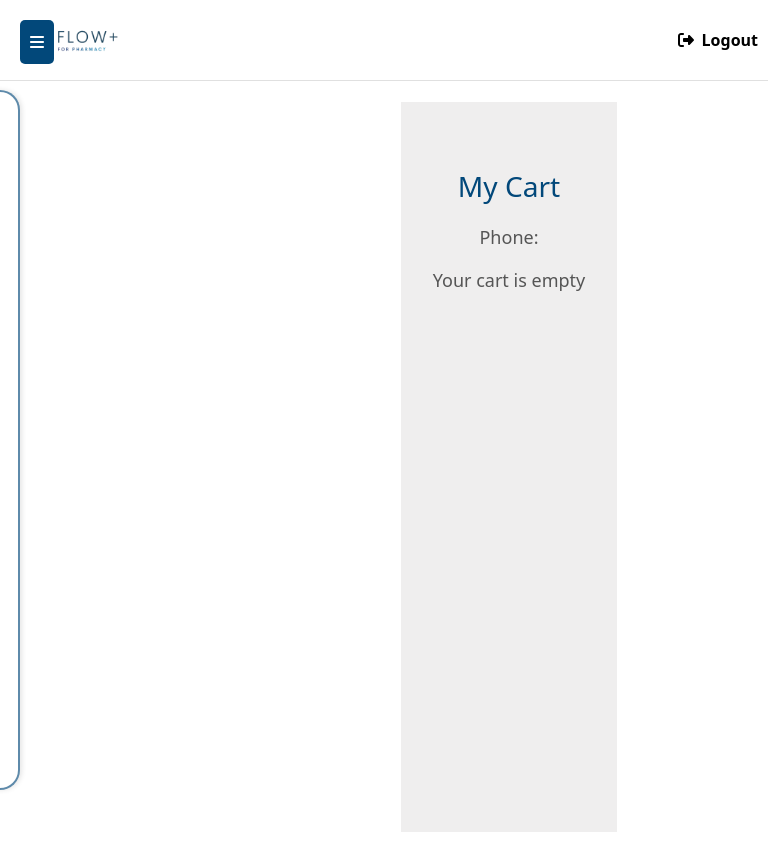
Repository: bindukabusara/Frontend
Page: /card
The author's editor kept a copy of each file at every save. The page is drawn from the files as they stood at one save, then again after the next save.
The browser window is 768 px wide. The pictures show the whole page.
The page's requests for data from a server got no answer. The project was rebuilt for these pictures with package versions that can differ from the ones it lists, and the page was loaded fresh each time. No one was signed in, and anything a server would have sent is missing. Also part of the build but not shown: vite.config.js, src/components/Home.jsx, src/components/authentification/Signup.css, src/components/authentification/Signup.jsx, src/components/authentification/Login.jsx, src/components/Pharmacy/Sidebar/Sidebar.jsx, src/components/Pharmacy/Sidebar/Navbar.jsx, src/components/Content/Dashboard.jsx and 13 more.

Above is the page before, as saved 2025-03-27 01:55:04.

### index.html
<!doctype html>
<html lang="en">

<head>
  <meta charset="UTF-8" />
  <link rel="icon" type="image/png" href="/Logo.png" />
  <meta name="viewport" content="width=device-width, initial-scale=1.0" />
  <title> FLOW +</title>

</head>

<body>
  <div id="root"></div>
  <script type="module" src="/src/main.jsx"></script>
</body>

</html>

### src/App.jsx
import Home from './components/Home';
import Signup from '../src/components/authentification/Signup'
import './App.css';
import 'bootstrap/dist/css/bootstrap.min.css';``
import { BrowserRouter, Routes, Route } from 'react-router-dom';
import Login from '../src/components/authentification/Login';
import Sidebar from '../src/components/Pharmacy/Sidebar/Sidebar'
import Dashboard from '../src/components/Content/Dashboard'
import MedicationStore from './components/Content/MedicationStore';
import ExpiringMedications from "./components/Content/ExpiringMedications";
import Navbar from "./components/Pharmacy/Sidebar/Navbar";
import ReportP from "./components/Content/ReportP";
import OrderPage from './components/Content/OrderPage';

// Patient side
import Dash from './componentp/contents/Dash';
import Card from './componentp/contents/Card';
import ReminderPage from './componentp/contents/ReminderPage';

//store side
import Store from './components/saler/Content/store';
import DashboardS from './components/saler/Content/DashboardS';
import ExpiringMedicationsS from "./components/saler/Content/ExpiringMedicationsS";
import ReportS from "./components/saler/Content/ReportS";
import OrderpageS from "./components/saler/Content/OrderPageS";



function App() {
  return (
    <BrowserRouter>
      <Routes>
        <Route path="/" element={<Home />} index /> {/* Set Home as the default page */}
        <Route path='/navbar' element={<Navbar />} />
        <Route path='/home' element={<Home />} />
        <Route path="/dashboard" element={<Dashboard />} />
        <Route path='/register' element={<Signup />} />
        <Route path='/login' element={<Login />} />
        <Route path='/sidebar' element={<Sidebar />} />
        <Route path='/medications' element={<MedicationStore />} />
        <Route path="/expiring-medications" element={<ExpiringMedications />} />
        <Route path='/reportP' element={<ReportP/>}/>
        <Route path='/order' element={<OrderPage/>}/>

        <Route path='/dash' element={<Dash/>}/>
        <Route path='/card' element={<Card/>}/>

        <Route path='/store' element={<Store/>}/>
        <Route path="/dashboardS" element={<DashboardS />} />
        <Route path="/expiring-medicationsS" element={<ExpiringMedicationsS />} />
        <Route path='/reportS' element={<ReportS/>}/>
        <Route path='/orderS' element={<OrderpageS/>}/>
        <Route path='/reminder' element={<ReminderPage/>}/>

      </Routes>
    </BrowserRouter>
  );
}

export default App;

### src/App.css
#root {
  max-width: 1280px;
  margin: 0 auto;
  padding: 2rem;
  text-align: center;
}

.logo {
  height: 6em;
  padding: 1.5em;
  will-change: filter;
  transition: filter 300ms;
}
.logo:hover {
  filter: drop-shadow(0 0 2em #646cffaa);
}
.logo.react:hover {
  filter: drop-shadow(0 0 2em #61dafbaa);
}

@keyframes logo-spin {
  from {
    transform: rotate(0deg);
  }
  to {
    transform: rotate(360deg);
  }
}

@media (prefers-reduced-motion: no-preference) {
  a:nth-of-type(2) .logo {
    animation: logo-spin infinite 20s linear;
  }
}

.card {
  padding: 2em;
}

.read-the-docs {
  color: #ffffff;
}

### src/components/Content/ExpiringMedications.css
.expiring-medications-container {
    display: flex;
  }

  .main-content {
    flex: 1;
    padding: 20px;
  }

  .medication-image {
    width: 50px;
    height: 50px;
    object-fit: cover;
    border-radius: 5px;
  }
  .expiring-medications-container {
    display: flex;
  }

  .main-content {
    flex: 1;
    padding: 10px;
    background-color: #f8f9fa;
  }

  /* Card styling */
  .expired-card {
    background-color: #ff4444; /* Red background for expired medications */
    color: white; /* White text */
    border-radius: 10px;
    box-shadow: 0 4px 8px rgba(0, 0, 0, 0.1);
  }

  .expiring-soon-card {
    background-color: #ffb444; /* Orange background for expiring soon medications */
    color: white; /* White text */
    border-radius: 10px;
    box-shadow: 0 4px 8px rgba(0, 0, 0, 0.1);
  }

  .expiring-three-months-card {
    background-color: #44b4ff; /* Blue background for expiring in three months medications */
    color: white; /* White text */
    border-radius: 10px;
    box-shadow: 0 4px 8px rgba(0, 0, 0, 0.1);
  }

  /* Dropdown styling */
  .dropdown-toggle {
    width: 100%;
    text-align: left;
    background-color: transparent;
    border: none;
  }

  .dropdown-menu {
    width: 100%;
    max-height: 200px;
    overflow-y: auto;
  }

  .dropdown-item {
    padding: 10px;
    color: #333;
  }

  .dropdown-item:hover {
    background-color: #f8f9fa;
  }

  /* Description styling */
  p {
    margin-top: 10px;
    font-size: 14px;
    color: #fff;
  }

  .expiring-medications-container {
    display: flex;
  }

  .main-content {
    flex: 1;
    padding: 20px;
    background-color: #efeeee;
  }

  /* Card styling */
  .expired-card,
  .expiring-soon-card,
  .expiring-three-months-card {
    background-color: #ffffff; /* White background for cards */
    border-radius: 10px;
    box-shadow: 0 4px 8px rgba(0, 0, 0, 0.1);
    padding: 20px;
  }

  /* Button styling */
  .custom-button {
    background-color: #02487a; /* Blue background */
    color: white; /* White text */
    font-weight: bold; /* Bold text */
    border: none;
    padding: 10px 20px;
    border-radius: 5px;
    width: 100%;
    text-align: left;
    display: flex;
    align-items: center;
    transition: background-color 0.3s ease;
  }

  .custom-button:hover {
    background-color: #1a4661; /* Darker blue on hover */
  }

  /* Icon styling */
  .button-icon {
    margin-right: 10px;
    font-size: 18px;
  }

  /* Description styling */
  p {
    margin-top: 10px;
    font-size: 18px;
    color: #555;
  }

### src/components/Pharmacy/Sidebar/Navbar.css
/* Navbar Styles */
.navbar {
  background-color: #fff; /* Updated navbar color */
  color: #fff; /* White text */
  padding: 5px 10px;
  box-shadow: 0 2px 5px rgba(255, 255, 255, 0.1);
  position: fixed;
  top: 0;
  left: 0;
  width: 100%;
  z-index: 100;
  display: flex;
  align-items: center;
}

.navbar-content {
  display: flex;
  align-items: center;
  width: 100%;
  max-width: 1200px;
  margin: 0 auto;
}



.navbar-logo img {
  height: 70px; /* Adjust logo size */
}

/* Logout option styling */
.navbar-actions {
  margin-left: auto; /* Push logout to the extreme right */
  display: flex;
  align-items: center;
}

.navbar-actions .logout-option {
  color: #000000;
  cursor: pointer;
  font-size: 16px;
  display: flex;
  align-items: center;
  gap: 8px; /* Space between icon and text */
  transition: opacity 0.3s ease;
}

.navbar-actions .logout-option:hover {
  opacity: 0.8; /* Slight fade on hover */
}

/* Logout icon styling */
.navbar-actions .logout-option svg {
  width: 16px;
  height: 16px;
}

/* Logout Popup Overlay */
.logout-popup-overlay {
  position: fixed;
  top: 0;
  left: 0;
  width: 100%;
  height: 100%;
  background-color: rgba(0, 0, 0, 0.5); /* Semi-transparent black overlay */
  display: flex;
  justify-content: center;
  align-items: center;
  z-index: 1001;
}

/* Logout Popup */
.logout-popup {
  background-color: #fff;
  padding: 20px;
  border-radius: 10px;
  box-shadow: 0 2px 10px rgba(0, 0, 0, 0.1);
  text-align: center;
  max-width: 300px;
  width: 100%;
}

.logout-popup h3 {
  margin-bottom: 20px;
  color: #333;
}

.popup-buttons {
  display: flex;
  justify-content: center;
  gap: 10px;
}

.popup-buttons button {
  padding: 8px 16px;
  border: none;
  border-radius: 5px;
  cursor: pointer;
  font-size: 14px;
  transition: background-color 0.3s ease;
}

.popup-buttons .confirm-button {
  background-color: #ff4d4d; /* Red button */
  color: #fff;
}

.popup-buttons .confirm-button:hover {
  background-color: #e60000; /* Darker red on hover */
}

.popup-buttons .cancel-button {
  background-color: #1D328D; /* Updated navbar color */
  color: #fff;
}

.popup-buttons .cancel-button:hover {
  background-color: #16236b; /* Darker blue on hover */
}

### src/components/Content/order.css
.all-carts-page-container {
    padding: 20px;
  }

  .main-content {
    margin-left: 250px; /* Adjust based on your sidebar width */
  }

  .medication-image {
    width: 50px;
    height: 50px;
    object-fit: cover;
    margin-right: 10px;
  }

  .table td {
    vertical-align: middle; /* Align content vertically in the middle */
  }

  .modal-body {
    padding: 20px;
  }

  .modal-footer {
    justify-content: space-between;
  }

  /* Style the time input */
  input[type="time"] {
    padding: 8px;
    border: 1px solid #ccc;
    border-radius: 4px;
    width: 100%;
  }

  /* Style the "Add Another Time" button */
  .btn-secondary {
    margin-top: 10px;
  }

  .custom-table {
    width: 100%;
    border-collapse: collapse;
    margin-top: 20px;
    box-shadow: 0 4px 8px rgba(0, 0, 0, 0.1);
    background-color: #fff;
  }

  .custom-table th,
  .custom-table td {
    padding: 12px;
    text-align: left;
    border-bottom: 1px solid #ddd;
  }

  .custom-table th {
    background-color: #02487a;
    color: #fff;
    font-weight: bold;
    text-transform: uppercase;
    font-size: 12px;
  }

  .custom-table tbody tr:hover {
    background-color: #f1f1f1;
  }

  .custom-table tbody tr:nth-child(even) {
    background-color: #f9f9f9;
  }

  /* Medication Image Styling */
  .medication-image {
    width: 30px;
    height: 30px;
    border-radius: 5px;
    object-fit: cover;
  }

  /* Button Styling */
  .btn-primary {
    background-color:#02487a;
    border-color: #02487a;
    font-size: 14px;
    padding: 8px 16px;
  }

  .btn-primary:hover {
    background-color: #02487a;;
    border-color:#02487a;;
  }

### src/componentp/bar/NavbarP.jsx
import React, { useState } from 'react';
import { useNavigate } from 'react-router-dom'; // Use useNavigate for redirection
import { FontAwesomeIcon } from '@fortawesome/react-fontawesome';
import { faSignOutAlt } from '@fortawesome/free-solid-svg-icons'; // Logout icon
import './Navbar.css'; // Import the CSS file
import logo from './Logo.png'; // Import the logo image

function Navbar() {
  const [showLogoutPopup, setShowLogoutPopup] = useState(false);
  const navigate = useNavigate(); // Initialize useNavigate for redirection

  const handleLogoutClick = () => {
    setShowLogoutPopup(true);
  };

  const handleConfirmLogout = () => {
    // Perform logout logic here
    console.log('User logged out');

    // Clear user session or authentication state
    localStorage.removeItem('authToken'); // Example: Remove token from localStorage
    // You can also clear other user-related data if needed

    // Redirect to the login page or home page
    navigate('/login'); // Replace '/login' with the desired route

    // Close the popup
    setShowLogoutPopup(false);
  };

  const handleCancelLogout = () => {
    setShowLogoutPopup(false);
  };

  return (
    <>
      {/* Navbar */}
      <nav className="navbar">
        <div className="navbar-content">
          {/* Logo on the left */}
          <div className="navbar-logo">
            <img src={logo} alt="Logo" /> {/* Use the imported logo */}
          </div>

          {/* Logout option with icon and text */}
          <div className="navbar-actions">
            <div className="logout-option" onClick={handleLogoutClick}>
              <FontAwesomeIcon icon={faSignOutAlt} /> <strong>Logout</strong>
            </div>
          </div>
        </div>
      </nav>

      {/* Logout Confirmation Popup */}
      {showLogoutPopup && (
        <div className="logout-popup-overlay">
          <div className="logout-popup">
            <h3>Are you sure you want to log out?</h3>
            <div className="popup-buttons">
              <button className="confirm-button" onClick={handleConfirmLogout}>
                Yes, Logout
              </button>
              <button className="cancel-button" onClick={handleCancelLogout}>
                Cancel
              </button>
            </div>
          </div>
        </div>
      )}
    </>
  );
}

export default Navbar;

### src/componentp/contents/Reminder.css
.reminder-container {
    display: flex;
    flex-direction: column;
    min-height: 100vh;
  }

  .main-content {
    flex-grow: 1;
    padding: 20px;
    margin-left: 320px;
    transition: margin-left 0.3s ease;
  }

  .reminder-card {
    border-radius: 10px;
    box-shadow: 0 4px 8px rgba(0, 0, 0, 0.1);
    border: none;
  }

  .reminder-card .card-header {
    background-color: #f8f9fa;
    border-bottom: 1px solid #eee;
    border-radius: 10px 10px 0 0 !important;
  }

  .reminder-list {
    max-width: 800px;
    margin: 0 auto;
  }

  /* Status badges */
  .badge-warning {
    background-color: #ffc107;
    color: #212529;
  }

  .badge-success {
    background-color: #28a745;
  }

  /* Responsive adjustments */
  @media (max-width: 992px) {
    .main-content {
      margin-left: 0;
    }
  }

  @media (max-width: 768px) {
    .main-content {
      padding: 15px;
    }

    .reminder-card {
      border-radius: 0;
      box-shadow: none;
      border-bottom: 1px solid #eee;
    }
  }

  @media (max-width: 576px) {
    .main-content {
      padding: 10px;
    }

    .reminder-card .card-header {
      flex-direction: column;
      align-items: flex-start;
    }

    .reminder-card .card-header .btn {
      margin-top: 10px;
      width: 100%;
    }
  }

### src/components/saler/Content/ExpiringMedications.css
.expiring-medications-container {
    display: flex;
  }

  .main-content {
    flex: 1;
    padding: 20px;
  }

  .medication-image {
    width: 50px;
    height: 50px;
    object-fit: cover;
    border-radius: 5px;
  }
  .expiring-medications-container {
    display: flex;
  }

  .main-content {
    flex: 1;
    padding: 10px;
    background-color: #f8f9fa;
  }

  /* Card styling */
  .expired-card {
    background-color: #ff4444; /* Red background for expired medications */
    color: white; /* White text */
    border-radius: 10px;
    box-shadow: 0 4px 8px rgba(0, 0, 0, 0.1);
  }

  .expiring-soon-card {
    background-color: #ffb444; /* Orange background for expiring soon medications */
    color: white; /* White text */
    border-radius: 10px;
    box-shadow: 0 4px 8px rgba(0, 0, 0, 0.1);
  }

  .expiring-three-months-card {
    background-color: #44b4ff; /* Blue background for expiring in three months medications */
    color: white; /* White text */
    border-radius: 10px;
    box-shadow: 0 4px 8px rgba(0, 0, 0, 0.1);
  }

  /* Dropdown styling */
  .dropdown-toggle {
    width: 100%;
    text-align: left;
    background-color: transparent;
    border: none;
  }

  .dropdown-menu {
    width: 100%;
    max-height: 200px;
    overflow-y: auto;
  }

  .dropdown-item {
    padding: 10px;
    color: #333;
  }

  .dropdown-item:hover {
    background-color: #f8f9fa;
  }

  /* Description styling */
  p {
    margin-top: 10px;
    font-size: 14px;
    color: #fff;
  }

  .expiring-medications-container {
    display: flex;
  }

  .main-content {
    flex: 1;
    padding: 20px;
    background-color: #efeeee;
  }

  /* Card styling */
  .expired-card,
  .expiring-soon-card,
  .expiring-three-months-card {
    background-color: #ffffff; /* White background for cards */
    border-radius: 10px;
    box-shadow: 0 4px 8px rgba(0, 0, 0, 0.1);
    padding: 20px;
  }

  /* Button styling */
  .custom-button {
    background-color: #02487a; /* Blue background */
    color: white; /* White text */
    font-weight: bold; /* Bold text */
    border: none;
    padding: 10px 20px;
    border-radius: 5px;
    width: 100%;
    text-align: left;
    display: flex;
    align-items: center;
    transition: background-color 0.3s ease;
  }

  .custom-button:hover {
    background-color: #1a4661; /* Darker blue on hover */
  }

  /* Icon styling */
  .button-icon {
    margin-right: 10px;
    font-size: 18px;
  }

  /* Description styling */
  p {
    margin-top: 10px;
    font-size: 18px;
    color: #555;
  }

### src/componentp/bar/Navbar.css
/* Navbar Styles */
.navbar {
  background-color: #fff; /* Updated navbar color */
  color: #fff; /* White text */
  padding: 5px 10px;
  box-shadow: 0 2px 5px rgba(255, 255, 255, 0.1);
  position: fixed;
  top: 0;
  left: 0;
  width: 100%;
  z-index: 100;
  display: flex;
  align-items: center;
}

.navbar-content {
  display: flex;
  align-items: center;
  width: 100%;
  max-width: 1200px;
  margin: 0 auto;
}



.navbar-logo img {
  height: 70px; /* Adjust logo size */
}

/* Logout option styling */
.navbar-actions {
  margin-left: auto; /* Push logout to the extreme right */
  display: flex;
  align-items: center;
}

.navbar-actions .logout-option {
  color: #000000;
  cursor: pointer;
  font-size: 16px;
  display: flex;
  align-items: center;
  gap: 8px; /* Space between icon and text */
  transition: opacity 0.3s ease;
}

.navbar-actions .logout-option:hover {
  opacity: 0.8; /* Slight fade on hover */
}

/* Logout icon styling */
.navbar-actions .logout-option svg {
  width: 16px;
  height: 16px;
}

/* Logout Popup Overlay */
.logout-popup-overlay {
  position: fixed;
  top: 0;
  left: 0;
  width: 100%;
  height: 100%;
  background-color: rgba(0, 0, 0, 0.5); /* Semi-transparent black overlay */
  display: flex;
  justify-content: center;
  align-items: center;
  z-index: 1001;
}

/* Logout Popup */
.logout-popup {
  background-color: #fff;
  padding: 20px;
  border-radius: 10px;
  box-shadow: 0 2px 10px rgba(0, 0, 0, 0.1);
  text-align: center;
  max-width: 300px;
  width: 100%;
}

.logout-popup h3 {
  margin-bottom: 20px;
  color: #333;
}

.popup-buttons {
  display: flex;
  justify-content: center;
  gap: 10px;
}

.popup-buttons button {
  padding: 8px 16px;
  border: none;
  border-radius: 5px;
  cursor: pointer;
  font-size: 14px;
  transition: background-color 0.3s ease;
}

.popup-buttons .confirm-button {
  background-color: #ff4d4d; /* Red button */
  color: #fff;
}

.popup-buttons .confirm-button:hover {
  background-color: #e60000; /* Darker red on hover */
}

.popup-buttons .cancel-button {
  background-color: #1D328D; /* Updated navbar color */
  color: #fff;
}

.popup-buttons .cancel-button:hover {
  background-color: #16236b; /* Darker blue on hover */
}

### src/components/saler/Bar/Navbar.css
/* Navbar Styles */
.navbar {
  background-color: #fff; /* Updated navbar color */
  color: #fff; /* White text */
  padding: 5px 10px;
  box-shadow: 0 2px 5px rgba(255, 255, 255, 0.1);
  position: fixed;
  top: 0;
  left: 0;
  width: 100%;
  z-index: 100;
  display: flex;
  align-items: center;
}

.navbar-content {
  display: flex;
  align-items: center;
  width: 100%;
  max-width: 1200px;
  margin: 0 auto;
}



.navbar-logo img {
  height: 70px; /* Adjust logo size */
}

/* Logout option styling */
.navbar-actions {
  margin-left: auto; /* Push logout to the extreme right */
  display: flex;
  align-items: center;
}

.navbar-actions .logout-option {
  color: #000000;
  cursor: pointer;
  font-size: 16px;
  display: flex;
  align-items: center;
  gap: 8px; /* Space between icon and text */
  transition: opacity 0.3s ease;
}

.navbar-actions .logout-option:hover {
  opacity: 0.8; /* Slight fade on hover */
}

/* Logout icon styling */
.navbar-actions .logout-option svg {
  width: 16px;
  height: 16px;
}

/* Logout Popup Overlay */
.logout-popup-overlay {
  position: fixed;
  top: 0;
  left: 0;
  width: 100%;
  height: 100%;
  background-color: rgba(0, 0, 0, 0.5); /* Semi-transparent black overlay */
  display: flex;
  justify-content: center;
  align-items: center;
  z-index: 1001;
}

/* Logout Popup */
.logout-popup {
  background-color: #fff;
  padding: 20px;
  border-radius: 10px;
  box-shadow: 0 2px 10px rgba(0, 0, 0, 0.1);
  text-align: center;
  max-width: 300px;
  width: 100%;
}

.logout-popup h3 {
  margin-bottom: 20px;
  color: #333;
}

.popup-buttons {
  display: flex;
  justify-content: center;
  gap: 10px;
}

.popup-buttons button {
  padding: 8px 16px;
  border: none;
  border-radius: 5px;
  cursor: pointer;
  font-size: 14px;
  transition: background-color 0.3s ease;
}

.popup-buttons .confirm-button {
  background-color: #ff4d4d; /* Red button */
  color: #fff;
}

.popup-buttons .confirm-button:hover {
  background-color: #e60000; /* Darker red on hover */
}

.popup-buttons .cancel-button {
  background-color: #1D328D; /* Updated navbar color */
  color: #fff;
}

.popup-buttons .cancel-button:hover {
  background-color: #16236b; /* Darker blue on hover */
}

Loaded but not shown: src/main.jsx (common file); src/index.css (common file); src/componentp/contents/Card.jsx (167 lines, source omitted); src/components/Content/MedicationStore.css (337 lines, source omitted); src/components/Home.css (293 lines, source omitted); src/components/Content/Dashboard.css (222 lines, source omitted); src/components/saler/Content/Dashboard.css (222 lines, source omitted); src/componentp/contents/Orders.css (254 lines, source omitted); src/componentp/bar/SidebarP.jsx (130 lines, source omitted); src/componentp/contents/Card.css (218 lines, source omitted); src/components/saler/Bar/sidebar.css (134 lines, source omitted); src/components/saler/Content/Report.css (163 lines, source omitted); src/components/Content/Report.css (163 lines, source omitted); src/components/Pharmacy/Sidebar/sidebar.css (153 lines, source omitted); src/componentp/bar/sidebar.css (170 lines, source omitted); src/components/saler/Content/OrdersS.css (no stored copy; drawn as an empty file); src/components/saler/Content/store.css (no stored copy; drawn as an empty file)

After the next save:
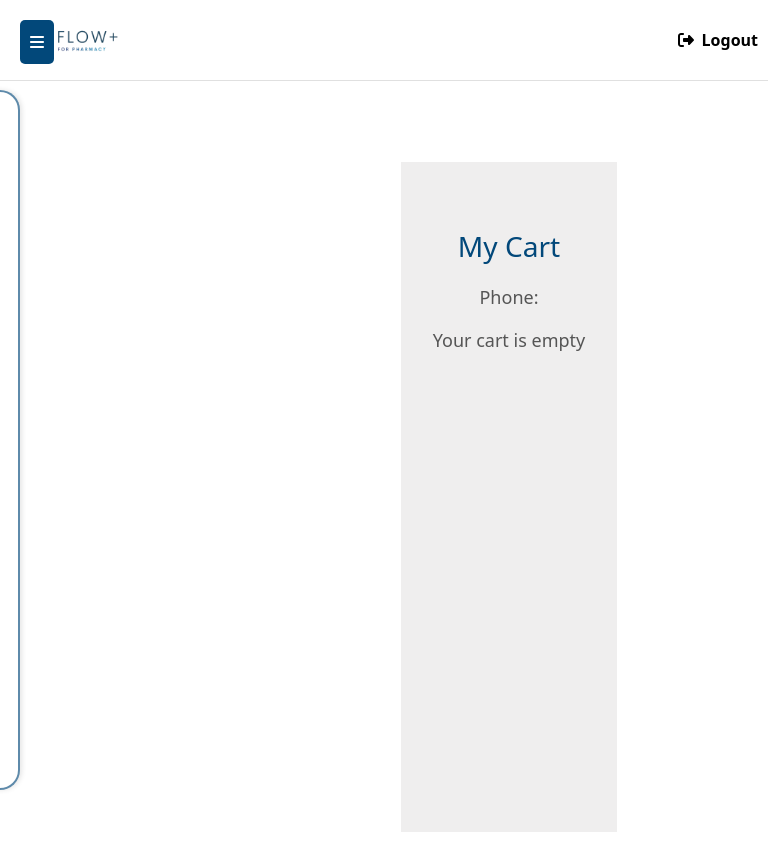
Saved 29 s later.
--- a/src/componentp/contents/Reminder.css
+++ b/src/componentp/contents/Reminder.css
@@ -38,6 +38,155 @@
     background-color: #28a745;
   }
 
+  .reminder-page-container {
+    display: flex;
+    min-height: 100vh;
+  }
+
+  .main-content {
+    flex: 1;
+    padding: 20px;
+    margin-left: 250px; /* Adjust based on sidebar width */
+  }
+
+  .active-reminders-alert {
+    position: fixed;
+    top: 20px;
+    right: 20px;
+    width: 350px;
+    z-index: 1000;
+    animation: pulse 2s infinite;
+  }
+
+  @keyframes pulse {
+    0% { box-shadow: 0 0 0 0 rgba(255, 193, 7, 0.7); }
+    70% { box-shadow: 0 0 0 10px rgba(255, 193, 7, 0); }
+    100% { box-shadow: 0 0 0 0 rgba(255, 193, 7, 0); }
+  }
+
+  .medication-thumbnail {
+    width: 50px;
+    height: 50px;
+    object-fit: cover;
+    border-radius: 4px;
+    margin-right: 10px;
+  }
+
+  .reminders-grid {
+    display: grid;
+    grid-template-columns: repeat(auto-fill, minmax(300px, 1fr));
+    gap: 20px;
+  }
+
+  .times-list {
+    padding-left: 20px;
+    margin-bottom: 0;
+  }
+
+  @media (max-width: 768px) {
+    .main-content {
+      margin-left: 0;
+    }
+
+    .reminders-grid {
+      grid-template-columns: 1fr;
+    }
+
+    .active-reminders-alert {
+      width: calc(100% - 40px);
+      left: 20px;
+      right: auto;
+    }
+  }
+
+  .reminder-page-container {
+    display: flex;
+    min-height: 100vh;
+    background-color: #f8f9fa;
+  }
+
+  .main-content {
+    flex: 1;
+    padding: 20px;
+    margin-left: 250px;
+    margin-top: 60px;
+  }
+
+  .medication-thumbnail {
+    width: 50px;
+    height: 50px;
+    object-fit: cover;
+    border-radius: 4px;
+  }
+
+  .medication-image-large {
+    width: 200px;
+    height: 200px;
+    object-fit: cover;
+    border-radius: 8px;
+  }
+
+  .alerts-section {
+    background-color: #fff8f8;
+    padding: 15px;
+    border-radius: 8px;
+    border-left: 4px solid #dc3545;
+    margin-bottom: 20px;
+  }
+
+  /* Add any additional styles you need */
+
+  .reminder-page-container {
+    padding: 20px;
+  }
+
+  .main-content {
+    margin-left: 250px;
+    padding: 20px;
+  }
+
+  .alerts-section {
+    background-color: #fff8f8;
+    padding: 15px;
+    border-radius: 8px;
+    border-left: 4px solid #dc3545;
+  }
+
+  .medication-thumbnail {
+    width: 50px;
+    height: 50px;
+    object-fit: cover;
+    border-radius: 4px;
+  }
+
+  .medication-image-large {
+    width: 150px;
+    height: 150px;
+    object-fit: contain;
+    border-radius: 8px;
+    border: 1px solid #dee2e6;
+  }
+
+  .reminder-details .ps-4 {
+    padding-left: 1.5rem;
+  }
+
+  /* Responsive adjustments */
+  @media (max-width: 768px) {
+    .main-content {
+      margin-left: 0;
+    }
+
+    .medication-image-large {
+      width: 100px;
+      height: 100px;
+    }
+
+    .reminder-details {
+      flex-direction: column;
+    }
+  }
+
   /* Responsive adjustments */
   @media (max-width: 992px) {
     .main-content {
